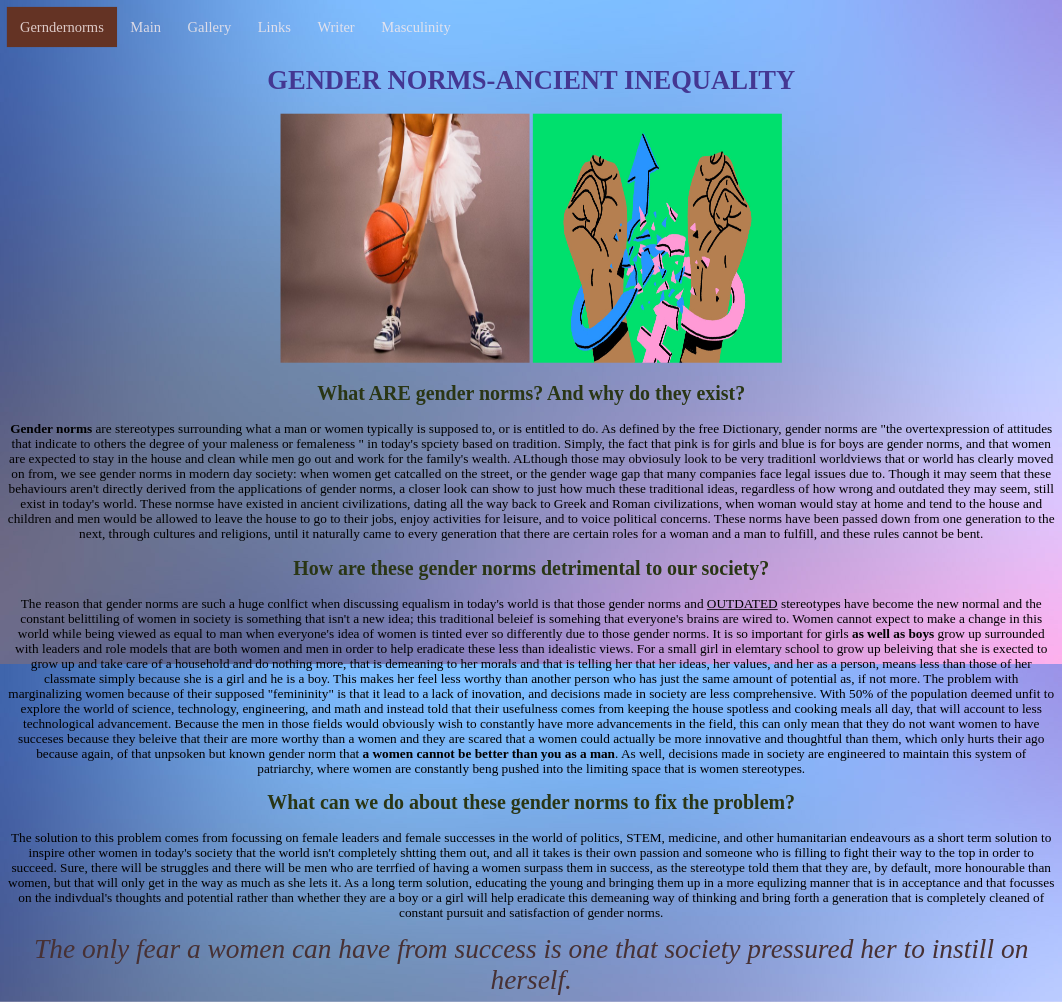
Repository: Lujaina-E/womens-rights-site
Page: gendernorms.html
The author's editor kept a copy of each file at every save. The page is drawn from the files as they stood at one save, then again after the next save.
The browser window is 1280 px wide. The pictures show the whole page, at 83% of full size.
Backgrounds fixed to the window are drawn as part of the page.

Above is the page before, as saved 2022-07-26 00:06:34.

### gendernorms.html
<!DOCTYPE html>
<html lang="en">
    <head>
        <title>gendernorms</title>
            <link rel="stylesheet" type="text/css" href="gendernormsStyle.css"/>
    </head>

    <div class="topnav" id="myTopnav">
        <a href="gendernorms.html" class="active">Gerndernorms</a>
        <a href="index.html">Main</a>
        <a href="gallery.html">Gallery</a>
        <a href="links.html">Links</a>
        <a href="founder.html">Writer</a>
        <a href="masculinity.html">Masculinity</a>
        <a href="javascript:void(0);" class="icon" onclick="myFunction()">
            <i class="fa fa-bars"></i>
        </a>
    </div>
    <body>
        <h1 id="pageTitle">GENDER NORMS-ANCIENT INEQUALITY</h1>
            <img id="photoID" src="Pictures/ballerina.jpg" alt="Please stand by and restart the page while you experience this error.">
            <img id="photoID" src="Pictures/hands.jpg" alt="Please stand by and restart the page while you experience this error.">

            <h2 class="heads">What ARE gender norms? And why do they exist?</h2>
                <p><b>Gender norms</b> are stereotypes surrounding what a man or women typically is supposed to, or is entitled to do. As defined by the free Dictionary, gender norms are "the
                overtexpression of attitudes that indicate to others the degree of your maleness or femaleness " in today's spciety based on tradition. Simply, the fact that pink is for girls
                and blue is for boys are gender norms, and that women are expected to stay in the house and clean while men go out and work for the family's wealth. ALthough those may obviosuly
                look to be very traditionl worldviews that or world has clearly moved on from, we see gender norms in modern day society: when women get catcalled on the street, or the gender
                wage gap that many companies face legal issues due to. Though it may seem that these behaviours aren't directly derived from the applications of gender norms, a closer look can
                show to just how much these traditional ideas, regardless of how wrong and outdated they may seem, still exist in today's world. These normse have existed in ancient civilizations,
                dating all the way back to Greek and Roman civilizations, when woman would stay at home and tend to the house and children and men would be allowed to leave the house to go to
                their jobs, enjoy activities for leisure, and to voice political concerns. These norms have been passed down from one generation to the next, through cultures and religions, until
                it naturally came to every generation that there are certain roles for a woman and a man to fulfill, and these rules cannot be bent.</p>
            <h2 class="heads"> How are these gender norms detrimental to our society?</h2>
                <p>The reason that gender norms are such a huge conlfict when discussing equalism in today's world is that those gender norms and <U>OUTDATED</U> stereotypes have become the new normal
                and the constant belittiling of women in society is something that isn't a new idea; this traditional beleief is somehing that everyone's brains are wired to. Women cannot expect to
                make a change in this world while being viewed as equal to man when everyone's idea of women is tinted ever so differently due to those gender norms. It is so important for girls
                <b>as well as boys</b> grow up surrounded with leaders and role models that are both women and men in order to help eradicate these less than idealistic views. For a small girl
                in elemtary school to grow up beleiving that she is exected to grow up and take care of a household and do nothing more, that is demeaning to her morals and that is telling her
                that her ideas, her values, and her as a person, means less than those of her classmate simply because she is a girl and he is a boy. This makes her feel less worthy than another
                person who has just the same amount of potential as, if not more. The problem with marginalizing women because of their supposed "femininity" is that it lead to a lack of inovation,
                and decisions made in society are less comprehensive. With 50% of the population deemed unfit to explore the world of science, technology, engineering, and math and instead told that
                their usefulness comes from keeping the house spotless and cooking meals all day, that will account to less technological advancement. Because the men in those fields would obviously wish to
                constantly have more advancements in the field, this can only mean that they do not want women to have succeses because they beleive that their are more worthy than a women and they are scared
                that a women could actually be more innovative and thoughtful than them, which only hurts their ago because again, of that unpsoken but known gender norm that <b>a women cannot be better than
                you as a man</b>. As well, decisions made in society are engineered to maintain this system of patriarchy, where women are constantly beng pushed into the limiting space  that is women stereotypes.</p>
            <h2 class="heads">What can we do about these gender norms to fix the problem?</h2>
                <p>The solution to this problem comes from focussing on female leaders and female successes in the world of politics, STEM, medicine, and other humanitarian endeavours as a short term solution
                to inspire other women in today's society that the world isn't completely shtting them out, and all it takes is their own passion and someone who is filling to fight their way to the top in order
                to succeed. Sure, there will be struggles and there will be men who are terrfied of having a women surpass them in success, as the stereotype told them that they are, by default, more honourable than
                women, but that will only get in the way as much as she lets it. As a long term solution, educating the young and bringing them up in a more equlizing manner that is in acceptance and that
                focusses on the indivdual's thoughts and potential rather than whether they are a boy or a girl will help eradicate this demeaning way of thinking and bring forth a generation that is completely cleaned of
                constant pursuit and satisfaction of gender norms.</p>

    <i>The only fear a women can have from success is one that society pressured her to instill on herself.</i>
    </body>
</html>

### gendernormsStyle.css
            body {
                font-family: Times New Roman;
                text-align: center;
                background-color: lavenderblush;
                background-image: url('Pictures/backdrop.jpg');
                background-repeat: no-repeat;
                background-position: center center;
                background-size: cover;
                background-attachment: fixed;
            }

            #pageTitle {
                 color: rgb(68, 55, 146);
            }

            #photoID {
                width: 300px;
                height: 300px;
            }

            .heads{
                color:rgb(42, 54, 21);
            }

            body > i{
                font-size: 33px;
                color: rgb(71, 49, 52);
            }

            .topnav {
                overflow: hidden;
              }

              .topnav a {
                float: left;
                display: block;
                color: rgba(247, 235, 235, 0.829);
                text-align: center;
                padding: 14px 16px;
                text-decoration: none;
                font-size: 17.5px;
              }

              .topnav a:hover {
                color: rgb(88, 26, 26);
              }

              .topnav a.active {
                background-color: #643324;
                color: rgba(247, 235, 235, 0.829);
              }

              .topnav .icon {
                display: none;
              }

                @media screen and (max-width: 600px) {
                    .topnav a:not(:first-child) {display: none;}
                    .topnav a.icon {
                    float: right;
                    display: block;
                    }
                }

                @media screen and (max-width: 600px) {
                    .topnav.responsive {position: relative;}
                    .topnav.responsive a.icon {
                    position: absolute;
                    right: 0;
                    top: 0;
                    }
                    .topnav.responsive a {
                    float: none;
                    display: block;
                    text-align: left;
                    }
                }

After the next save:
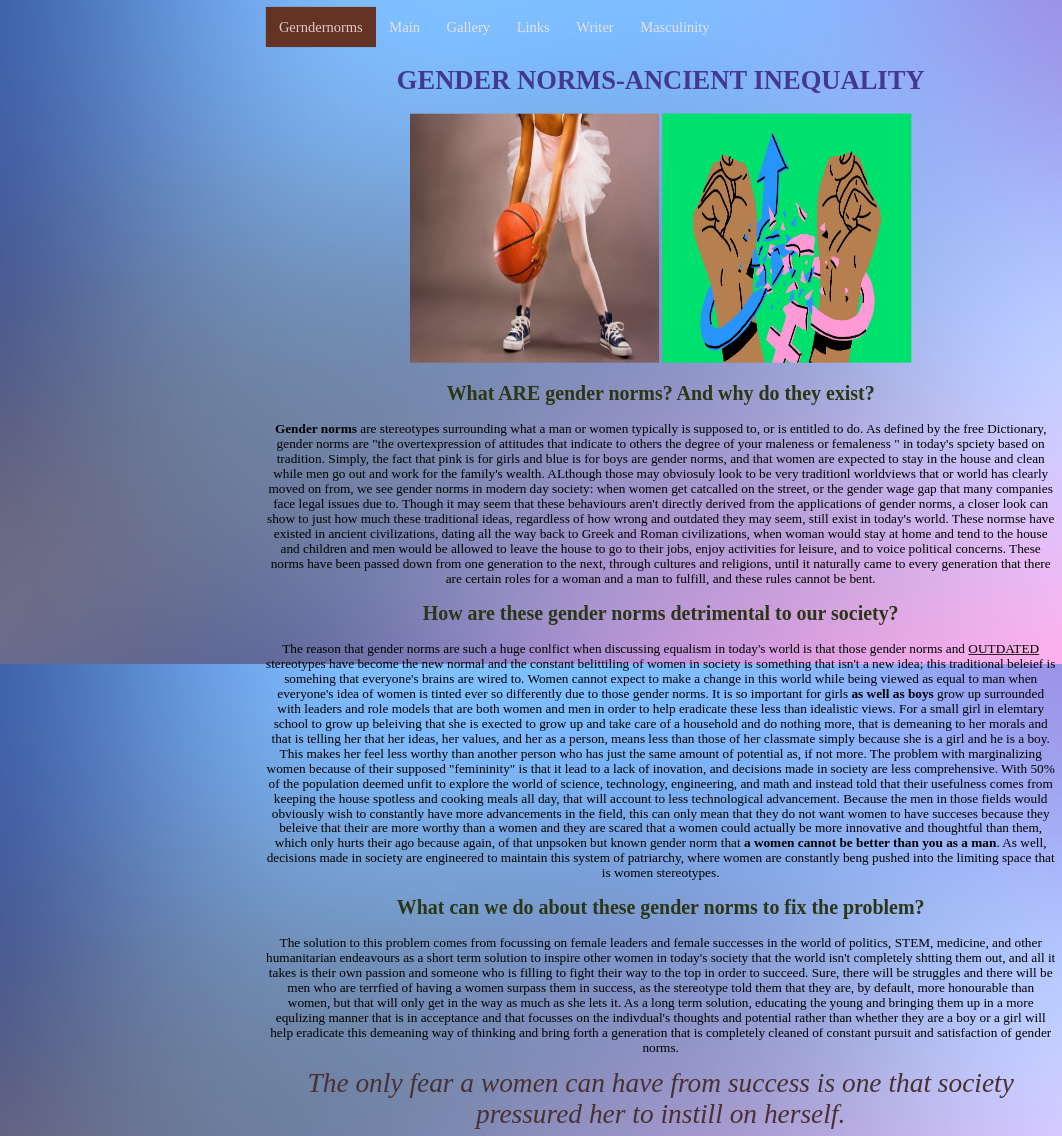
Saved 20 s later.
--- a/gendernormsStyle.css
+++ b/gendernormsStyle.css
@@ -7,6 +7,7 @@
                 background-position: center center;
                 background-size: cover;
                 background-attachment: fixed;
+                margin-left: 20em;
             }
 
             #pageTitle {
